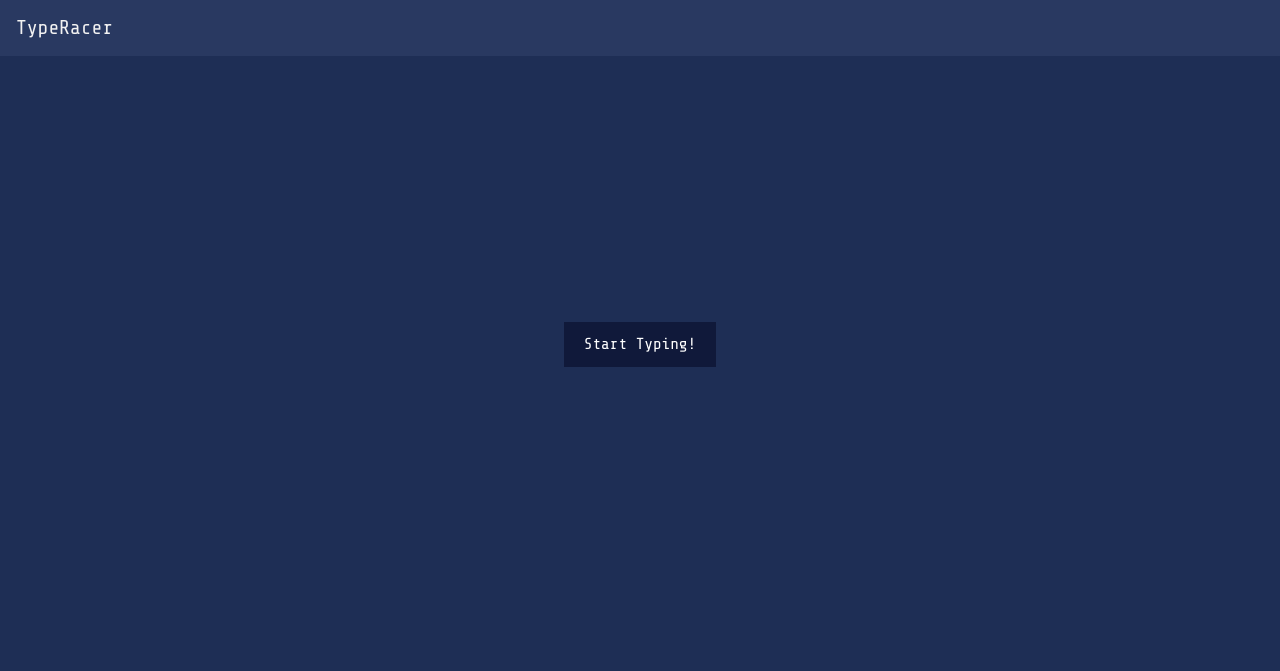
Repository: Tagaca19e/Type-it
Page: /
The author's editor kept a copy of each file at every save. The page is drawn from the files as they stood at one save, then again after the next save.
The browser window is 1280 px wide. The pictures show the whole page.
The page's requests for data from a server got no answer. The project was rebuilt for these pictures with package versions that can differ from the ones it lists, and the page was loaded fresh each time. No one was signed in, and anything a server would have sent is missing. Also part of the build but not shown: src/components/Timer.js, src/components/Speed.js, src/components/TypeDetails.js, src/components/TypeRacer.js.

Above is the page before, as saved 2021-08-06 22:38:29.

After the next save:
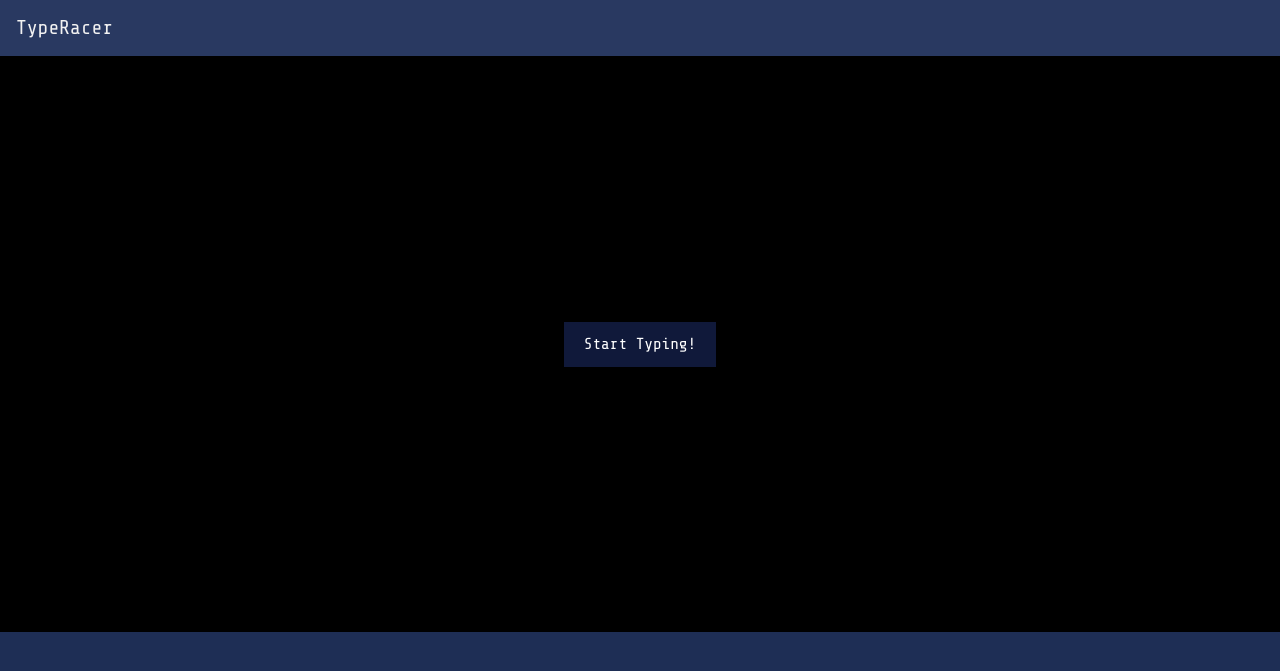
Saved 68 s later.
--- a/src/App.js
+++ b/src/App.js
@@ -20,7 +20,7 @@
   };
 
   return (
-    <div>
+    <div className="main">
       <NavBar />
       {!started && (
         <div className="center">
@@ -34,7 +34,9 @@
         </div>
       )}
       {started && quote !== undefined && (
-        <TypeRacer quote={quote} setQuote={setQuote} />
+        <div className="master">
+          <TypeRacer quote={quote} setQuote={setQuote} />
+        </div>
       )}
     </div>
   );

After the save that followed:
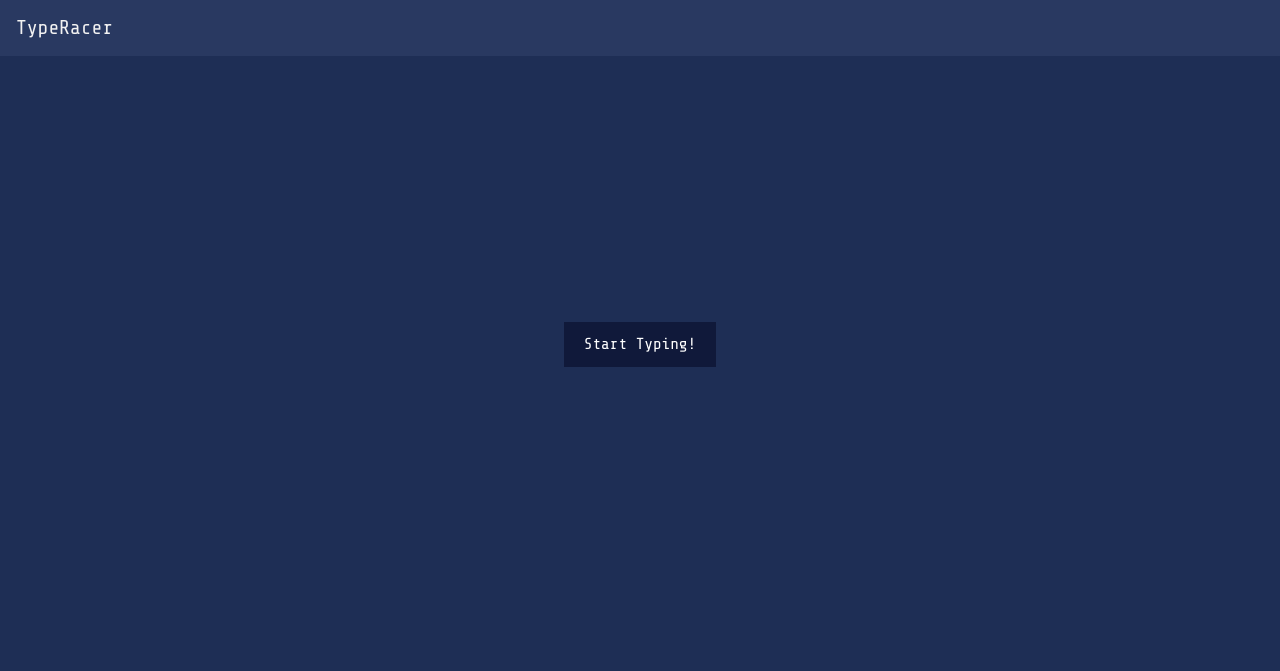
Saved 30 s later.
--- a/src/App.js
+++ b/src/App.js
@@ -2,7 +2,6 @@
 import NavBar from "./components/NavBar";
 import TypeRacer from "./components/TypeRacer";
 import { getQuotes } from "./services/index";
-import "./app.css";
 
 export default function App() {
   const [quote, setQuote] = useState();
